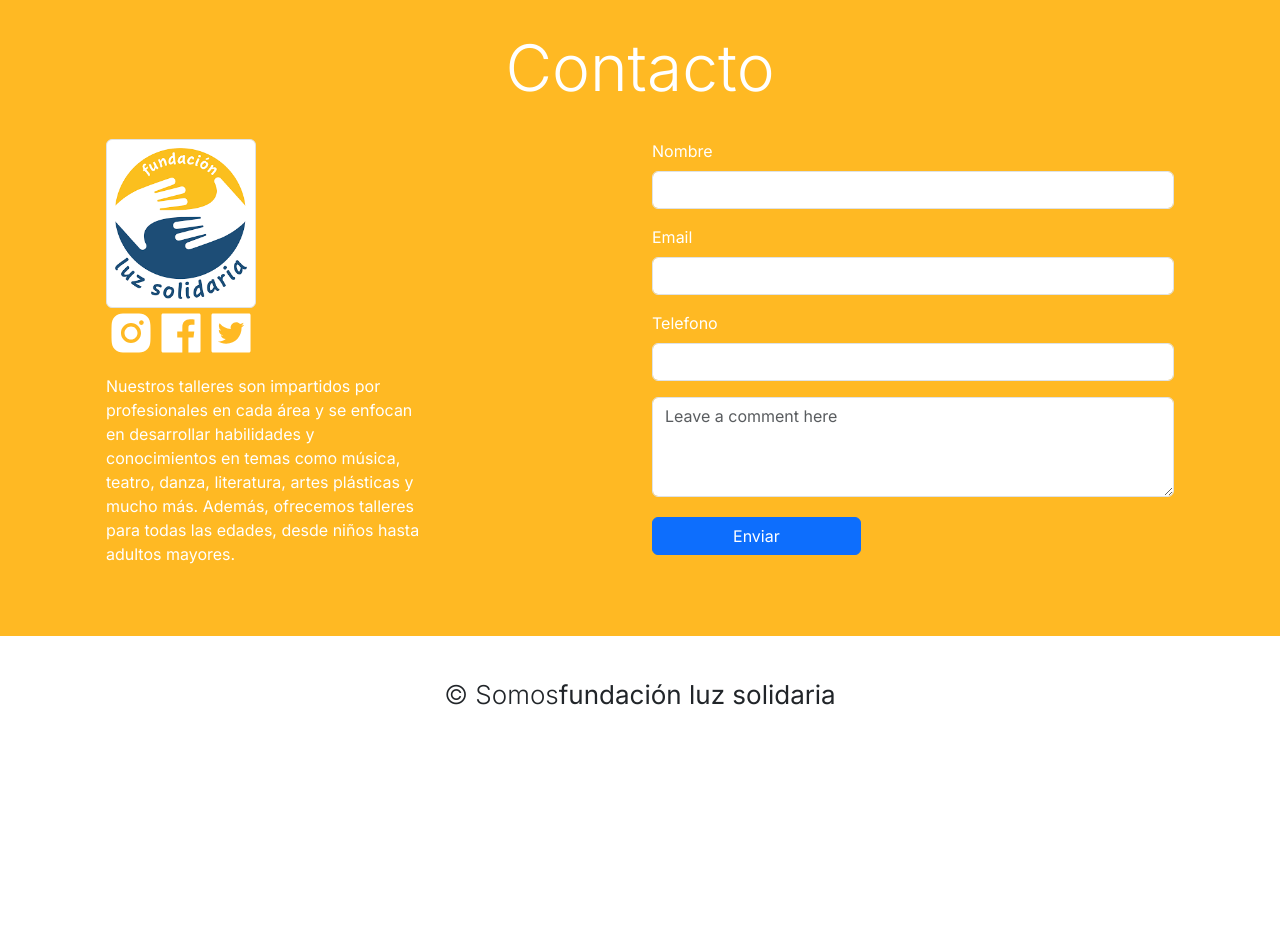
Repository: JtoralesK/dwf11
Page: /
The author's editor kept a copy of each file at every save. The page is drawn from the files as they stood at one save, then again after the next save.
The browser window is 1280 px wide. The pictures show the whole page.
The project was rebuilt for these pictures with package versions that can differ from the ones it lists, and the page was loaded fresh each time. The framework's server and built-in components were replaced by stand-ins that run in the browser. Also part of the build but not shown: next.config.js.

Above is the page before, as saved 2023-05-31 18:30:22.

After the next save:
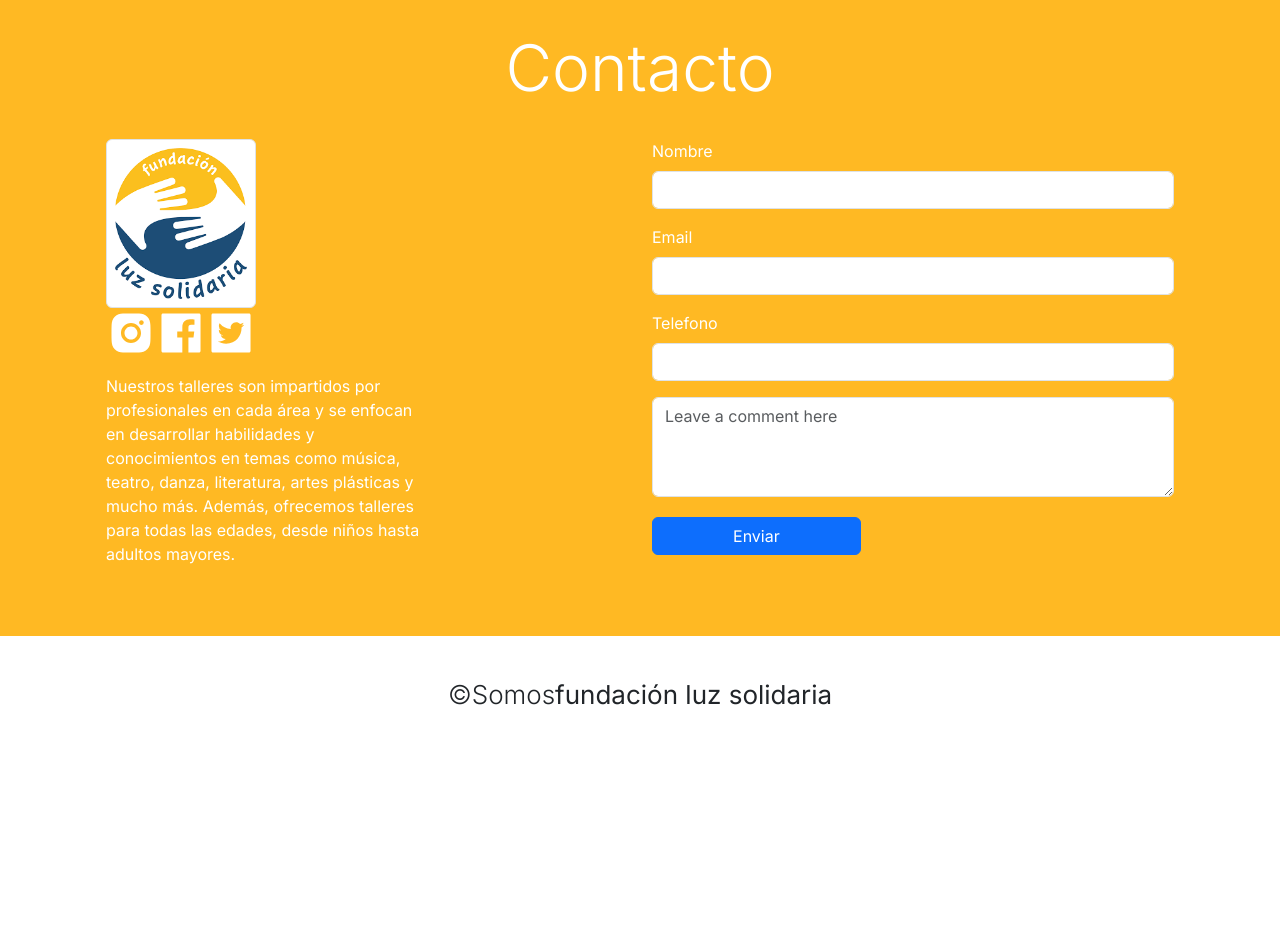
Saved 7 s later.
--- a/src/app/components/footer/index.tsx
+++ b/src/app/components/footer/index.tsx
@@ -11,7 +11,7 @@ export const Footer = () => {
             <a href="https:/www.github.com" className="link-redes_sociales" ><i className="fab fa-github-square github"></i></a>
         </div>
         <div className="footer-text">
-            <p className="title-copy">  &copy;  Somos<strong>fundación luz solidaria</strong></p>
+            <p className="title-copy">  &copy;Somos<strong>fundación luz solidaria</strong></p>
         </div>
     </div>
   </footer>
